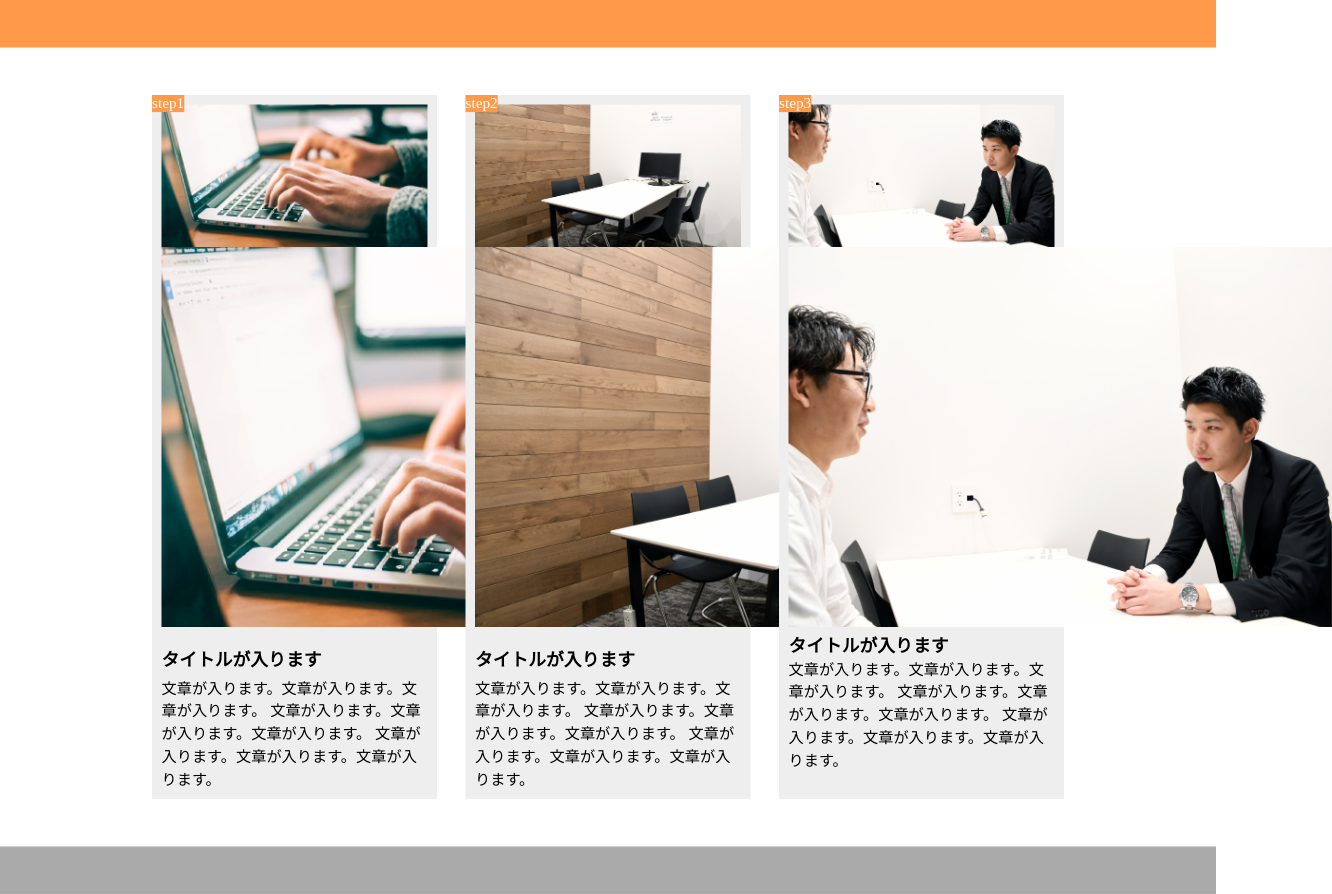
Repository: eyaonu/application2
Page: chapter9/answer9.html
The author's editor kept a record of every edit. The page is drawn from the files as they stood at one moment, then again after the next edit.
The browser window is 1280 px wide. The page is 1402 px wide, so the pictures cover 1402 px, including what lies to the right of the window. The pictures show the whole page, at 95% of full size.

Above is the page before.

### chapter9/answer9.html
<!DOCTYPE html>
<html lang="ja">
  <head>
    <meta charset="UTF-8" />
    <!-- CSSファイルの読み込み -->
    <title>answer9</title>
    <link rel="stylesheet" href="style9.css" />
  </head>

  <body>
    <header></header>
    <main>
      <div class="content-box">

        <div class="step-box">
          <span class="step-num">step1</span>
          <div class="step-img1"></div>
          <img class="img" src="img/flow01.png" />
          <h3 class="title">タイトルが入ります</h3>
          <p class="text">
            文章が入ります。文章が入ります。文章が入ります。
            文章が入ります。文章が入ります。文章が入ります。
            文章が入ります。文章が入ります。文章が入ります。
          </p>
        </div>

        <div class="step-box">
          <div class="step-img2"></div>
          <img class="img" src="img/flow02.png" />
          <span class="step-num">step2</span>
          <h3 class="title">タイトルが入ります</h3>
          <p class="text">
            文章が入ります。文章が入ります。文章が入ります。
            文章が入ります。文章が入ります。文章が入ります。
            文章が入ります。文章が入ります。文章が入ります。
          </p>
        </div>

        <div class="step-box">
          <div class="step-img3"></div>
          <img class="img" src="img/flow03.png" />
          <span class="step-num">step3</span>
          <h3>タイトルが入ります</h3>
          <p class="text">
            文章が入ります。文章が入ります。文章が入ります。
            文章が入ります。文章が入ります。文章が入ります。
            文章が入ります。文章が入ります。文章が入ります。
          </p>
        </div>

      </div>
    </main>
    <footer></footer>
  </body>
</html>

### chapter9/style9.css
* {
  box-sizing: border-box;
  margin: 0;
  padding: 0;
}

header {
  width: 100%;
  height: 50px;
  background-color: #FF9A4B;
}

main {
  width: 100%;
}

.content-box {
  width: 960px;
  margin: 50px auto;
  display: flex;
}

.step-box {
  width: 300px;
  margin-right: 30px;
  padding: 10px;
  position: relative;
  background-color: #EEEEEE;
}

.step-box:last-child {
  margin-right: 0;
}

.step-img1 {
  height: 150px;
  background-image: url(img/flow01.png);
  background-position: bottom;
  background-size: cover;
}

.step-img2 {
  height: 150px;
  background-image: url(img/flow02.png);
  background-position: bottom;
  background-size: cover;
}

.step-img3 {
  height: 150px;
  background-image: url(img/flow03.png);
  background-position: bottom;
  background-size: cover;
}

.step-num {
  position: absolute;
  top: 0;
  left: 0;
  background-color: #FF9A4B;
  color: #FFFFFF;
}

.title {
  margin: 15px 0 5px;
}

footer {
  height: 50px;
  background-color: #AAAAAA;
}

After the next edit:
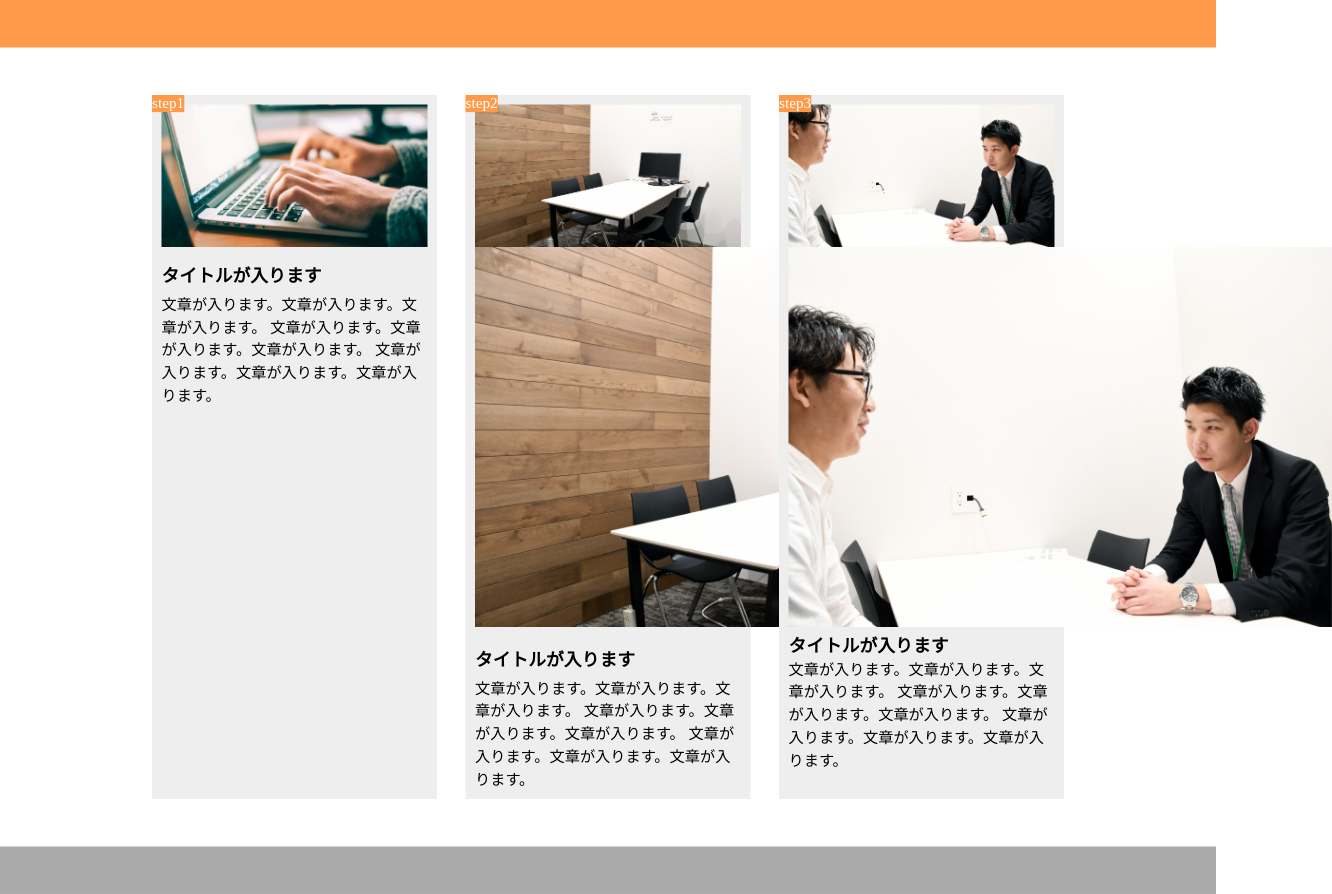
The edit:
--- a/chapter9/answer9.html
+++ b/chapter9/answer9.html
@@ -15,7 +15,6 @@
         <div class="step-box">
           <span class="step-num">step1</span>
           <div class="step-img1"></div>
-          <img class="img" src="img/flow01.png" />
           <h3 class="title">タイトルが入ります</h3>
           <p class="text">
             文章が入ります。文章が入ります。文章が入ります。
